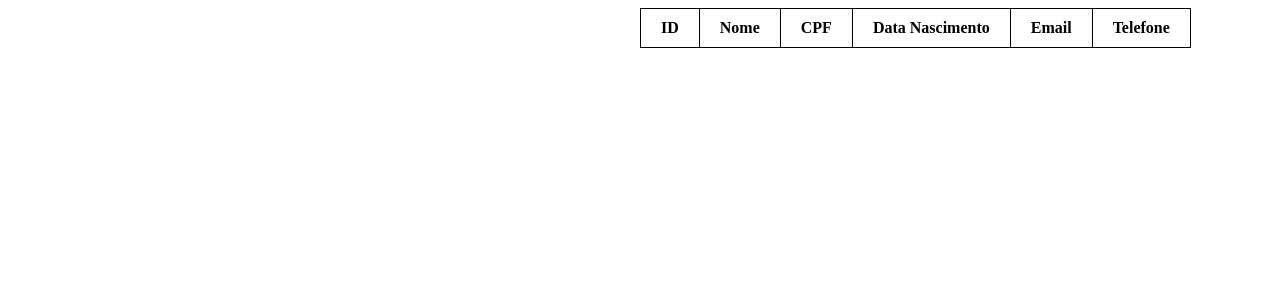
Repository: ujota/crud-cliente
Page: api-clientes/front/html/cliente.html
An editor plug-in stored every save of this project. The page is shown before and after the next save, followed by the edit.
The browser window is 1280 px wide. The pictures show the whole page.
The page's requests for data from a server got no answer.

Above is the page before, as saved 2022-10-03 04:13:14.

### api-clientes/front/html/cliente.html
<!DOCTYPE html>
<html lang="en">
<head>
    <meta charset="UTF-8">
    <meta http-equiv="X-UA-Compatible" content="IE=edge">
    <meta name="viewport" content="width=device-width, initial-scale=1.0">
    <title>Cliente</title>
    <link rel="stylesheet" href="../css/cliente.css">
</head>
<body>
    <form action="#">
        <div id="body"></div>
    </form>
</body>
    <script src="../scripts/cliente.js"></script>
</html>

### api-clientes/front/css/cliente.css
table{
	margin-left: 50%;
    border-collapse: collapse;
    border-spacing: 0;
}
th, td{
	border:1px solid black;
    padding: 10px 20px;
}

### api-clientes/front/scripts/cliente.js
let table = document.createElement('table');


document.getElementById('body').appendChild(table);

let row_1 = document.createElement('tr');

let heading_1 = document.createElement('th');
heading_1.innerHTML = "ID";
let heading_2 = document.createElement('th');
heading_2.innerHTML = "Nome";
let heading_3 = document.createElement('th');
heading_3.innerHTML = "CPF";
let heading_4 = document.createElement('th');
heading_4.innerHTML = "Data Nascimento";
let heading_5 = document.createElement('th');
heading_5.innerHTML = "Email";
let heading_6 = document.createElement('th');
heading_6.innerHTML = "Telefone";

row_1.appendChild(heading_1);
row_1.appendChild(heading_2);
row_1.appendChild(heading_3);
row_1.appendChild(heading_4);
row_1.appendChild(heading_5);
row_1.appendChild(heading_6);
table.appendChild(row_1);

// let row_2 = document.createElement('tr');
// let row_2_data_1 = document.createElement('td');
// row_2_data_1.innerHTML = "1.";
// let row_2_data_2 = document.createElement('td');
// row_2_data_2.innerHTML = "João Pedro";
// let row_2_data_3 = document.createElement('td');
// row_2_data_3.innerHTML = "1997-01-31";
// let row_2_data_4 = document.createElement('td');
// row_2_data_4.innerHTML = "43495488820";
// let row_2_data_5 = document.createElement('td');
// row_2_data_5.innerHTML = "joao.silveerio@gmail.com";
// let row_2_data_6 = document.createElement('td');
// row_2_data_6.innerHTML = "11972247142";

// row_2.appendChild(row_2_data_1);
// row_2.appendChild(row_2_data_2);
// row_2.appendChild(row_2_data_3);
// row_2.appendChild(row_2_data_4);
// row_2.appendChild(row_2_data_5);
// row_2.appendChild(row_2_data_6);
// table.appendChild(row_2);






var my_headers = new Headers();
my_headers.append("Content-type", "application/json");


var requestOptions = {
	method: 'GET',
	headers: my_headers,
	redirect : 'follow'

};

fetch("http://localhost:8080/cliente",
requestOptions).then(reponse =>
    reponse.json())
	.then(result => {
        result.forEach((item, index, array)=>{
			let row_2 = document.createElement('tr');
			let row_2_data_1 = document.createElement('td');
			row_2_data_1.innerHTML = item["id"];
			let row_2_data_2 = document.createElement('td');
			row_2_data_2.innerHTML = item["nome"];
			let row_2_data_3 = document.createElement('td');
			row_2_data_3.innerHTML = item["cpf"];
			let row_2_data_4 = document.createElement('td');
			row_2_data_4.innerHTML = item["dataNascimento"];
			let row_2_data_5 = document.createElement('td');
			row_2_data_5.innerHTML = item["email"];
			let row_2_data_6 = document.createElement('td');
			row_2_data_6.innerHTML = item["telefone"];

			row_2.appendChild(row_2_data_1);
			row_2.appendChild(row_2_data_2);
			row_2.appendChild(row_2_data_3);
			row_2.appendChild(row_2_data_4);
			row_2.appendChild(row_2_data_5);
			row_2.appendChild(row_2_data_6);
			table.appendChild(row_2);

          })
		})
		.catch(error => alert(error))

After the next save:
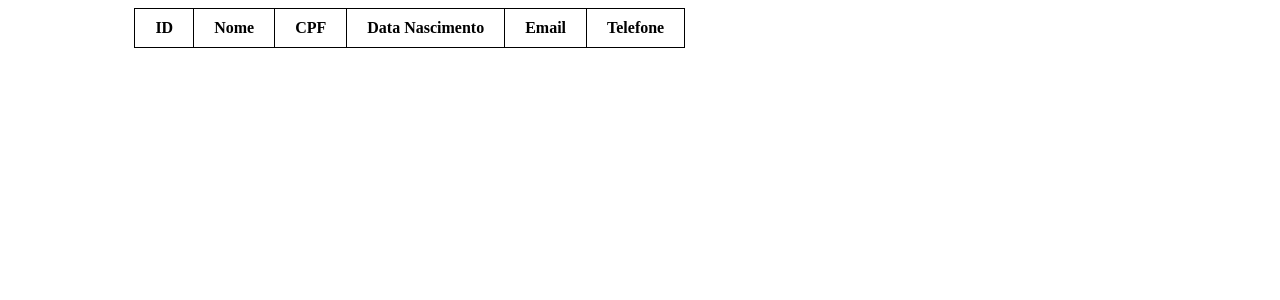
Saved 6 s later.
--- a/api-clientes/front/css/cliente.css
+++ b/api-clientes/front/css/cliente.css
@@ -1,5 +1,5 @@
 table{
-	margin-left: 50%;
+	margin-left: 10%;
     border-collapse: collapse;
     border-spacing: 0;
 }
